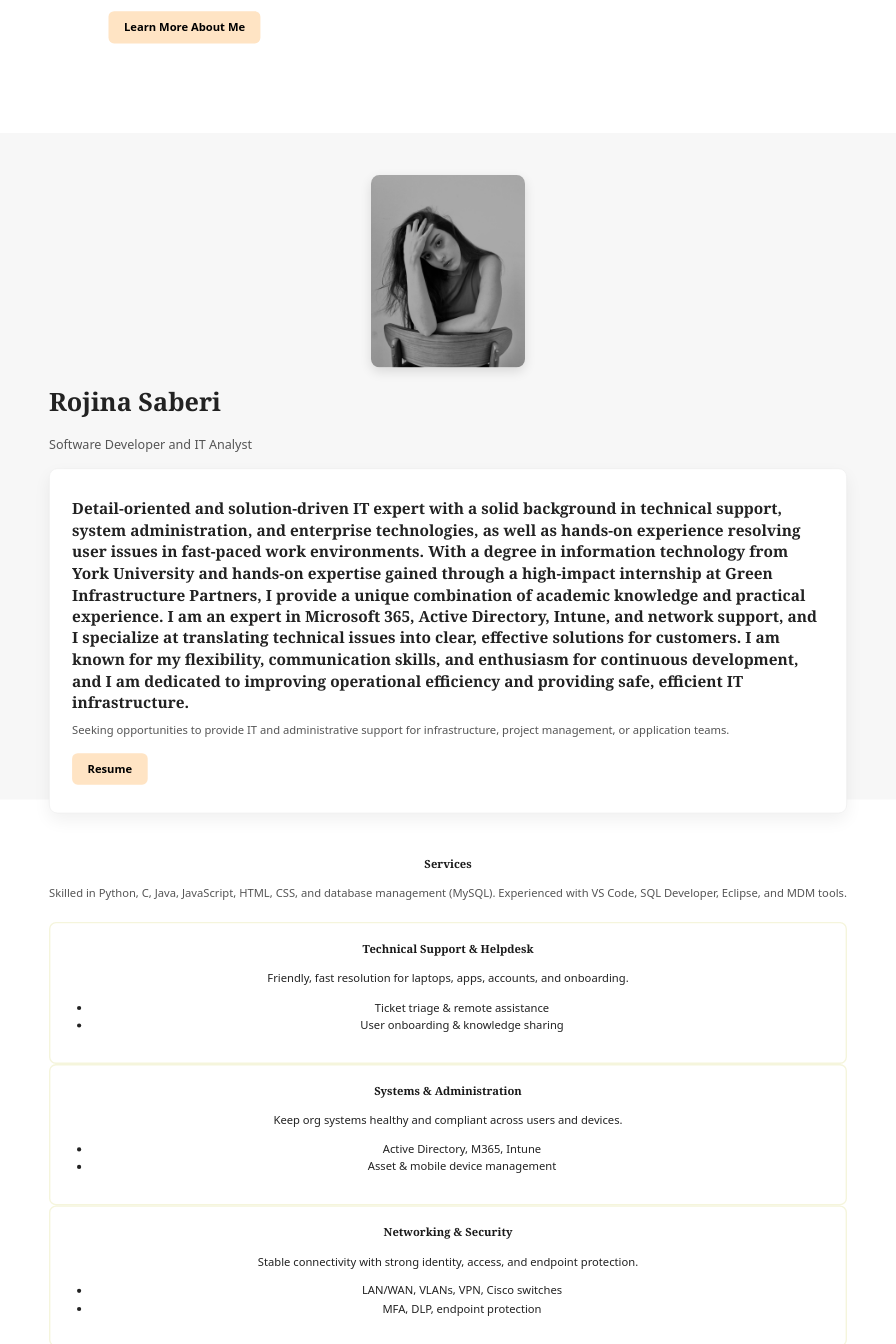
Repository: rozhinasaberi/MyPortfolio
Page: /login (app in client/)
The author's editor kept a copy of each file at every save. The page is drawn from the files as they stood at one save, then again after the next save.
The browser window is 1280 px wide. The pictures show the part of the page from y = 460 to 2380 px (the page is 5381 px tall before and 5361 px after), at 70% of full size.
The project was rebuilt for these pictures with package versions that can differ from the ones it lists, and the page was loaded fresh each time.

Above is the page before, as saved 2025-09-17 06:19:20.

### client/index.html
<!doctype html>
<html lang="en">
  <head>
    <meta charset="UTF-8" />
    <link rel="icon" type="image/svg+xml" href="/vite.svg" />
    <meta name="viewport" content="width=device-width, initial-scale=1.0" />
    <title>Vite + React</title>
  </head>
  <body>
    <div id="root"></div>
    <script type="module" src="/src/main.jsx"></script>
    <script src="https://cdn.jsdelivr.net/npm/bootstrap@5.2.3/dist/js/bootstrap.bundle.min.js" crossorigin="anonymous"></script>

  </body>
</html>

### client/src/main.jsx
import React from "react";
import ReactDOM from "react-dom/client";
import App from "./App.jsx";
import "./midterm1.css"; // ✅ make sure CSS is loaded

ReactDOM.createRoot(document.getElementById("root")).render(
  <React.StrictMode>
    <App />
  </React.StrictMode>
);

### client/src/App.jsx
import React from "react";
import logo from "./assets/logo.png";
import photo from "./assets/photo.jpg";
import "./midterm1.css";
import shop from "./assets/shop.png";
import bloodbank from "./assets/bloodbank.png";
import price from "./assets/price.png";


export default function App() {
  return (
    <>
      {/* ===== Navbar ===== */}
      <header id="header" className="fixed-top">
        <nav className="navbar container">
          {/* Logo */}
          <a href="#home" className="navbar-brand d-flex align-items-center gap-2">
            <img src="src/assets/logo.png" alt="Rojina Logo" style={{ height: 40 }} />
            <span className="brand-text"></span>
          </a>

          <ul className="nav ms-auto">
            <li className="nav-item"><a className="nav-link" href="#home">Home</a></li>
            <li className="nav-item"><a className="nav-link" href="#about">About Me</a></li>
            <li className="nav-item"><a className="nav-link" href="#services">Services</a></li>
            <li className="nav-item"><a className="nav-link" href="#projects">Projects</a></li>
            <li className="nav-item"><a className="nav-link" href="#form">Contact</a></li>
          </ul>
        </nav>
      </header>

      {/* ===== Hero Section ===== */}
      <section id="home" className="home">
        <div className="container h-100">
          <div className="row h-100 hero-row">
            {/* Photo Left */}
            <div className="container">
    <h1>Welcome to My Portfolio</h1>
    <p className="lead">
      Hi, I’m <strong>Rojina Saberi</strong>. I want to contribute my abilities to a forward thinking firm that values innovation, cooperation, and growth.
    </p>
    <p className="mission"> My mission is to leverage technology to create impactful, efficient, and meaningful digital experiences.

    </p>
    <a href="#about" className="btn btn-visitpage">
      Learn More About Me
    </a>
  </div>
          </div>
        </div>
      </section>
      <section id="home" className="home-section text-center">

</section>

{/* ABOUT Section */}
<section id="about" className="aboutsection about-stack">
  <div className="container">
    <div className="about-stack-inner">
      {/* Photo TOP */}
      <img src="src/assets/photo.jpg" alt="Rojina" className="hero-photo" />

      {/* Name */}
      <h1 className="hero-title">Rojina Saberi</h1>

      {/* Short subtitle */}
      <p className="hero-subtitle">Software Developer and IT Analyst</p>

      {/* Socials */}
      <div className="list-social">
        <a href="#"><i className="bi bi-facebook"></i></a>
        <a href="#"><i className="bi bi-twitter"></i></a>
        <a href="https://www.linkedin.com/in/rojinasaberi/"><i className="bi bi-linkedin"></i></a>
      </div>
    </div>

    {/* About container below profile */}
    <div className="about-container">
      <h2>
      Detail-oriented and solution-driven IT expert with a solid background in technical support, system administration, and enterprise
technologies, as well as hands-on experience resolving user issues in fast-paced work environments. With a degree in information
technology from York University and hands-on expertise gained through a high-impact internship at Green Infrastructure
Partners, I provide a unique combination of academic knowledge and practical experience. I am an expert in Microsoft 365,
Active Directory, Intune, and network support, and I specialize at translating technical issues into clear, effective solutions for
customers. I am known for my flexibility, communication skills, and enthusiasm for continuous development, and I am dedicated
to improving operational efficiency and providing safe, efficient IT infrastructure.
      </h2>
      <p>
        Seeking opportunities to provide IT and administrative support for infrastructure,
        project management, or application teams.
      </p>
      <a href="src/assets/Rojina-Saberi.pdf (1).pdf" className="btn-visitpage">Resume</a>
    </div>
  </div>
</section>



      {/* ===== Skills Section ===== */}
      <section id="services" className="Servicesection">
        <div className="container text-center">
          <h4 className="h4-heading">Services</h4>
          <p className="p-heading">
            Skilled in Python, C, Java, JavaScript, HTML, CSS, and database management (MySQL).
            Experienced with VS Code, SQL Developer, Eclipse, and MDM tools.
          </p>

          <div className="row g-3">
            <div className="col-md-3"><div className="text-box"><h4>Technical Support & Helpdesk</h4><p>Friendly, fast resolution for laptops, apps, accounts, and onboarding.</p>
          <ul>
            <li>Ticket triage & remote assistance</li>
            <li>User onboarding & knowledge sharing</li>
          </ul></div></div>
            <div className="col-md-3"><div className="text-box"><h4>Systems & Administration</h4> <p>Keep org systems healthy and compliant across users and devices.</p>
          <ul>
            <li>Active Directory, M365, Intune</li>
            <li>Asset & mobile device management</li>
          </ul></div></div>
            <div className="col-md-3"><div className="text-box"><h4>Networking & Security</h4><p>Stable connectivity with strong identity, access, and endpoint protection.</p>
          <ul>
            <li>LAN/WAN, VLANs, VPN, Cisco switches</li>
            <li>MFA, DLP, endpoint protection</li>
          </ul></div></div>
            <div className="col-md-3"><div className="text-box"><h4>Data & Cloud </h4><p>Backups, BI, and cloud services to keep your data useful and safe.</p>
          <ul>
            <li>Azure/AWS/GCP basics, VMware</li>
            <li>Backups, security, and BI dashboards</li>
          </ul></div></div>
          <div className="col-md-3"><div className="text-box"><h4>Software Development</h4><p>From scripts to web apps with clean APIs and secure data access.</p>
          <ul>
            <li>Python, Java, JavaScript (React/Node)</li>
            <li>MySQL/Oracle/MongoDB, REST APIs</li>
          </ul></div></div>
          <div className="col-md-3"><div className="text-box"><h4>Networking & Security</h4><p>Stable connectivity with strong identity, access, and endpoint protection.</p>
          <ul>
            <li>LAN/WAN, VLANs, VPN, Cisco switches</li>
            <li>MFA, DLP, endpoint protection</li>
          </ul></div></div>
          <div className="col-md-3"><div className="text-box"><h4>Documentation & Process</h4><p>Clear docs and Agile habits so teams move quickly and consistently.</p>
          <ul>
            <li>Runbooks, SOPs, A/B fixes & retros</li>
            <li>JIRA, ServiceNow, Notion, MS Project</li>
          </ul></div></div>

          </div>
        </div>
      </section>

      {/* ===== Projects Section ===== */}
      <section id="projects" className="Projectsection">
  <div className="container">
    <h2 className="h2-heading">Delivered Projects</h2>
    <p className="p-heading">Here are some of the projects I’ve worked on, with my role and the outcomes.</p>

    <div className="row g-4">
      {/* Project 1 */}
      <div className="col-lg-4 col-md-6">
        <div className="card project-card">
          <img src={shop} className="card-img-top" alt="Sticker Shop" />
          <div className="card-body">
            <h5 className="card-title">Online Shop for Emily's Stickers</h5>
            <p className="card-text">
              <strong>My Role:</strong> Designed and coded the frontend using HTML/CSS.
              <br />
              <strong>Outcome:</strong> Delivered a fully functional static site for product browsing.
            </p>
            <a href="https://rozhinasaberi.github.io/ITEC3020a1/" className="btn btn-visitpage">Visit Shop</a>
          </div>
        </div>
      </div>

      {/* Project 2 */}
      <div className="col-lg-4 col-md-6">
        <div className="card project-card">
          <img src={bloodbank} className="card-img-top" alt="Blood Bank" />
          <div className="card-body">
            <h5 className="card-title">Blood Bank Management System</h5>
            <p className="card-text">
              <strong>My Role:</strong> Gathered requirements, created UML diagrams, and managed Agile sprints.
              <br />
              <strong>Outcome:</strong> Produced system documentation and functional specifications.
            </p>
            <a href="src/assets/Project_07_Full Plan_WomenInTech.docx.pdf" className="btn btn-visitpage">Download Project</a>
          </div>
        </div>
      </div>

      {/* Project 3 */}
      <div className="col-lg-4 col-md-6">
        <div className="card project-card">
          <img src={price} className="card-img-top" alt="McDonald's Data Analysis" />
          <div className="card-body">
            <h5 className="card-title">Consumer Preferences & Pricing Strategies</h5>
            <p className="card-text">
              <strong>My Role:</strong> Data cleaning, clustering, and Python UI design.
              <br />
              <strong>Outcome:</strong> Delivered insights on pricing strategies using classification models.
            </p>
            <a href="src/assets/ITEC 4230 Report.pdf" className="btn btn-visitpage">Download Report</a>
          </div>
        </div>
      </div>
    </div>
  </div>
</section>


      {/* ===== Contact Section ===== */}
      <section id="form">
        <div className="container">
          <h2 className="text-center mb-4">Let’s be in touch!</h2>
          <form onSubmit={(e) => e.preventDefault()} className="mx-auto" style={{ maxWidth: 720 }}>
            <div className="mb-3">
              <label htmlFor="fname" className="form-label">First Name</label>
              <input type="text" className="form-control" id="fname" placeholder="Your name.." />
            </div>
            <div className="mb-3">
              <label htmlFor="lname" className="form-label">Last Name</label>
              <input type="text" className="form-control" id="lname" placeholder="Your last name.." />
            </div>
            <div className="mb-3">
              <label htmlFor="country" className="form-label">Country</label>
              <select id="country" className="form-select" defaultValue="canada">
                <option value="canada">Canada</option>
                <option value="uk">UK</option>
                <option value="usa">USA</option>
              </select>
            </div>
            <div className="mb-3">
              <label htmlFor="subject" className="form-label">Message</label>
              <textarea id="subject" className="form-control" placeholder="Write something.." rows="5"></textarea>
            </div>
            <button type="submit" className="btn btn-visitpage">Send</button>
          </form>
        </div>
      </section>
    </>
  );
}

### client/src/midterm1.css
/* ===========================
   Global / Base
   =========================== */
   :root {
    --header-h: 70px;
    --accent: bisque;
    --text: #222;
    --muted: #555;
    --bg: #fff;
    --bg-soft: #f7f7f7;
    --bg-alt: #fafafa;
  }

  * { box-sizing: border-box; }
  html, body { height: 100%; }

  body {
    margin: 0;
    font-family: "Poppins", system-ui, -apple-system, Segoe UI, Roboto, Arial, sans-serif;
    color: var(--text);
    background: var(--bg);
    line-height: 1.6;
    padding-top: var(--header-h);   /* clears fixed header */
  }

  h1, h2, h3, h4 {
    font-family: "Playfair Display", Georgia, serif;
    color: #1a1a1a;
    margin: 0 0 .5rem 0;
  }

  /* Container max width harmony with Bootstrap */
  .container { max-width: 1140px; }

  /* ===========================
     Header / Navbar
     =========================== */
  #header {
    position: fixed;
    top: 0; left: 0; right: 0;
    height: var(--header-h);
    background: var(--accent);
    display: flex;
    align-items: center;
    z-index: 1000;
    box-shadow: 0 2px 8px rgba(0,0,0,.08);
  }

  .logo img {
    max-height: 40px; }

  .navbar ul {

    margin: 0; padding: 0;
    list-style: none;
    display: flex; align-items: center; gap: 18px;
  }

  .navbar a, .nav-link {

    margin-left: 20px;
    text-decoration: none;
    font-size: 14px;
    font-weight: 600;
    color: #444 !important;
    transition: color .2s ease;
  }
  .navbar a:hover { color: #000 !important; }

  /* ===========================
     Hero (intro) — full height
     =========================== */
  .home {

    display: flex;
    min-height: 100vh;               /* fill viewport */
    align-items: center;
    justify-content: center;


  }
  .home-section {
    background: #fafafa;
    margin-top: -100px;

  }

  .home-section h1 {
    font-size: 36px;
    margin-bottom: 16px;
    color: #222;
  }

  .home-section .lead {
    font-size: 18px;
    color: #555;
    margin-bottom: 20px;
  }

  .home-section .mission {
    font-size: 16px;
    font-style: italic;
    color: #444;
    margin-bottom: 30px;
  }

  .home-section .btn-visitpage {
    background: bisque;
    border-radius: 8px;
    padding: 12px 24px;
    font-weight: bold;
  }

  .hero-photo {
    max-width: 220px;       /* nice medium size */
    width: 100%;
    height: auto;
    border-radius: 12px;
    margin: 0 auto 20px auto;   /* center photo + spacing below */
    display: block;
    object-fit: cover;
    box-shadow: 0 6px 16px rgba(0,0,0,.12);
  }


  .hero-title {
    font-size: clamp(28px, 4vw, 36px);
    font-weight: 700;
    color: #222;
    margin-bottom: 8px;
  }
  .hero-subtitle {
    font-size: 18px;
    color: #555;
    margin-bottom: 20px;
  }


  .list-social { display: flex; gap: 14px; }
  .list-social a {
    font-size: 20px;
    color: #333 !important;
    text-decoration: none;
  }
  .list-social a:hover { color: #000 !important; }




  /* ===========================
     About — full height card
     =========================== */
  .aboutsection {
    background: var(--bg-soft);
    min-height: 100vh;               /* fill viewport */
    display: flex;
    align-items: center;
    justify-content: center;
    padding: 60px 0;
    margin-top: -140px;

  }

  .about-container {
    align-items: center;
    justify-content: center;

    background: #fff;
    border-radius: 12px;
    border: 1px solid #eee;
    box-shadow: 0 10px 24px rgba(0,0,0,.06);
    padding: 40px 32px;
    text-align: left;
  }

  .about-container h2 {
    font-size: clamp(18px, 2.5vw, 22px);  /* smaller heading */
    color: #222;
    margin-bottom: 12px;
    line-height: 1.4;
  }
  .about-container p {
    margin: 0 0 18px 0;
    color: var(--muted);
    line-height: 1.7;
  }



  /* Button */
  .btn-visitpage {
    display: inline-block;
    background: var(--accent);
    border: none;
    color: #000;
    font-weight: 600;
    padding: 10px 22px;
    border-radius: 8px;
    text-decoration: none;
    transition: background .2s ease, transform .05s ease;
  }
  .btn-visitpage:hover { background: #e6cfa9; }
  .btn-visitpage:active { transform: scale(.98); }

  /* ===========================
     Skills / Services section
     =========================== */
  .Servicesection {

    background: #fff;
    padding: 80px 0;
    min-height: 100vh;               /* fill viewport */
    display: flex;
    align-items: center;
    justify-content: center;
    margin-top: -80px;

  }
  .Servicesection .h4-heading {
    text-align: center;
    margin-bottom: 8px;
  }
  .Servicesection .p-heading {
    text-align: center;
    margin-bottom: 28px;
    color: var(--muted);
  }
  .text-box {
    padding: 24px 16px;
    border: 2px solid beige;
    border-radius: 10px;
    background: #fff;
    text-align: center;
    height: 100%;
  }

  /* ===========================
     Projects
     =========================== */
/* ===========================
   Projects Section
   =========================== */
   .Projectsection {
    display: flex;
    align-items: center;
    justify-content: center;
    background: #fafafa;
    margin-left: 25px;

  }

  .Projectsection .row {
    margin: 0 -12px;         /* balance spacing */
  }

  .Projectsection .col-lg-4,
  .Projectsection .col-md-6 {
    padding: 0 12px;         /* horizontal gap between cards */
    margin-bottom: 24px;     /* vertical spacing */
    margin-left: 25px;
  }

  .project-card {
    border: none;
    border-radius: 12px;
    overflow: hidden;
    background: #fff;
    box-shadow: 0 6px 16px rgba(0,0,0,.08);
    transition: transform .2s ease, box-shadow .2s ease;

  }

  .project-card:hover {
    transform: translateY(-5px);
    box-shadow: 0 10px 22px rgba(0,0,0,.12);
  }


.Projectsection .card-img-top,
#Project .card-img-top {
  max-width: 220px !important;
  max-height: 220px !important;
  width: auto !important;
  height: auto !important;
  object-fit: contain;
  display: block;
  margin: 10px auto;
  padding: 4px;
  background: #fff;
}



  .project-card .card-body {
    padding: 20px;
    text-align: left;

  }

  .project-card .card-title {
    font-size: 18px;
    font-weight: 600;
    margin-bottom: 10px;
  }

  .project-card .card-text {
    font-size: 14px;
    color: #555;
    margin-bottom: 16px;
  }

  .project-card .btn-visitpage {
    background: bisque;
    border: none;
    padding: 8px 16px;
    font-size: 14px;
    border-radius: 6px;
    font-weight: 600;
    transition: background .2s ease;
  }

  .project-card .btn-visitpage:hover {
    background: #e6cfa9;
  }


  /* ===========================
     Contact / Form
     =========================== */
 /* ===========================
   Contact / Form
   =========================== */
#form {
    background: #f7f7f7;        /* light grey to separate section */
    padding: 80px 0;
    min-height: 100vh;               /* fill viewport */
    display: flex;
    align-items: center;
    justify-content: center;
    margin-top: -80px;

  }

  #form .container {
    max-width: 900px;
    background: #fff;
    border-radius: 14px;
    border: 1px solid #eee;
    box-shadow: 0 8px 20px rgba(0,0,0,.06);
    padding:  100px;
  }
  #form .row {
    display: flex;
    flex-direction: column;   /* stack items vertically */
    gap: 16px;                /* spacing between boxes */
  }

  #form .item-form,
  #form .subject-form {
    width: 100%;
    margin: 0;                /* remove left/right float spacing */
  }

  #form input[type="text"],
  #form select,
  #form textarea {
    width: 100%;              /* make every box full-width */
    display: block;
  }
  #form h2 {
    font-family: "Playfair Display", Georgia, serif;
    font-size: clamp(22px, 3vw, 32px);
    text-align: center;
    margin-bottom: 20px;
    color: #222;
  }

  #form p {
    text-align: center;
    color: #666;
    margin-bottom: 30px;
  }

  #form .form-label {
    font-weight: 600;
    margin-bottom: 6px;
    color: #2b2b2b;
  }

  #form .form-control,
  #form .form-select,
  #form textarea {
    border: 1px solid #ccc;
    border-radius: 8px;
    padding: 12px;
    font-size: 14px;
    transition: border-color .2s ease, box-shadow .2s ease;
  }

  #form .form-control:focus,
  #form .form-select:focus,
  #form .form-select:focus {
    outline: none;
    border-color: #c9a873;
    box-shadow: 0 0 0 4px rgba(201,168,115,.15);
  }

  #form .contact-actions {
    margin-top: 20px;
    text-align: right;
  }

  #form .btn-visitpage {
    background: bisque;
    color: #000;
    font-weight: 600;
    border-radius: 8px;
    padding: 10px 22px;
    transition: background .2s ease, transform .05s ease;
  }

  #form .btn-visitpage:hover {
    background: #e6cfa9;
  }
  #form .btn-visitpage:active {
    transform: scale(.98);
  }

After the next save:
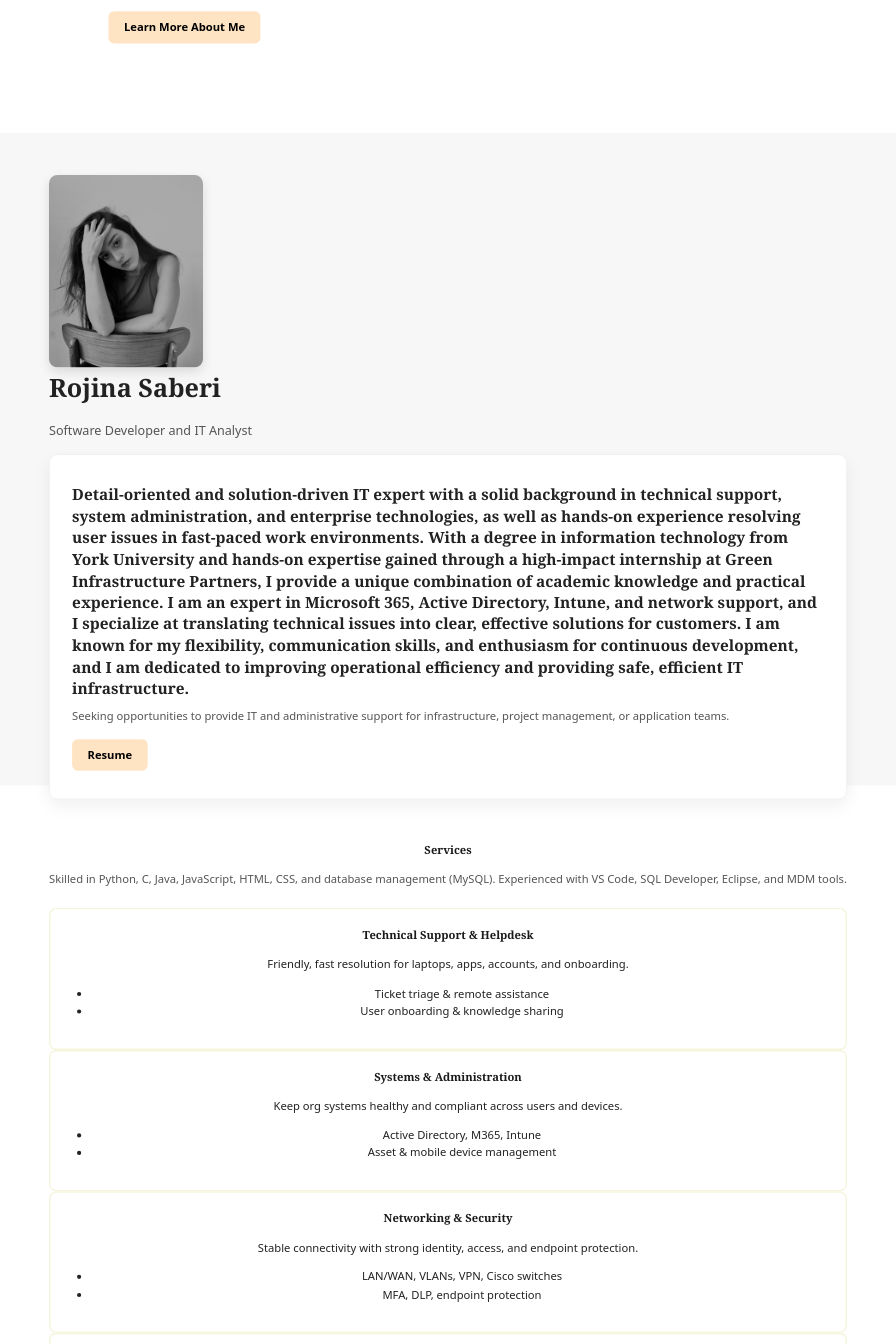
Saved 31 s later.
--- a/client/src/midterm1.css
+++ b/client/src/midterm1.css
@@ -116,7 +116,7 @@
     width: 100%;
     height: auto;
     border-radius: 12px;
-    margin: 0 auto 20px auto;   /* center photo + spacing below */
+    margin: 20 auto 20px auto;   /* center photo + spacing below */
     display: block;
     object-fit: cover;
     box-shadow: 0 6px 16px rgba(0,0,0,.12);
